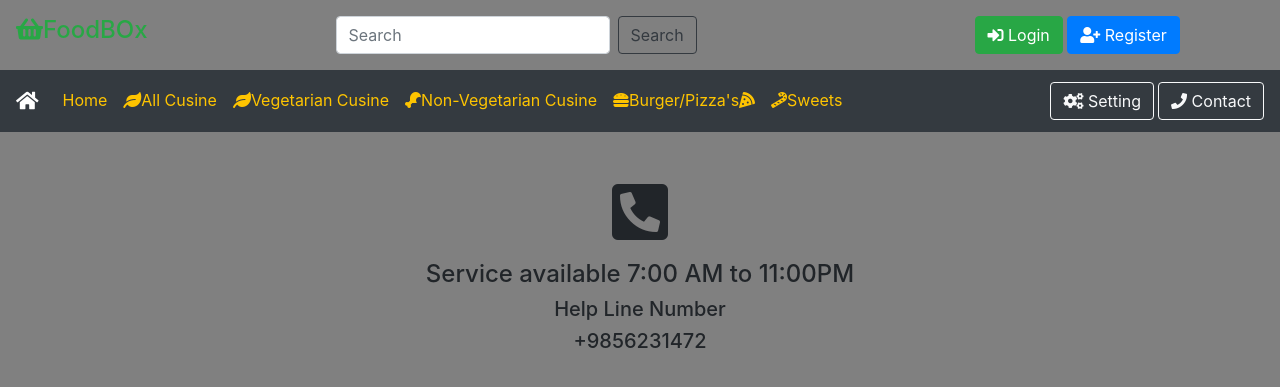
Repository: debjaniprofessional32/Capstone-Final-FoodBox-Delivery-Project
Page: http://localhost/OnlinFoodBOX/helpcenter.jsp
An editor plug-in stored every save of this project. The page is shown before and after the next save, followed by the edit.
The browser window is 1280 px wide. The pictures show the whole page.
Some web libraries are served in a nearby version. The page is served by Tomcat 9. Other server files are loaded and not shown.

Above is the page before, as saved 2022-12-23 13:02:06.

### OnlinFoodBOX/src/main/webapp/helpcenter.jsp
<%@ page language="java" contentType="text/html; charset=ISO-8859-1"  pageEncoding="ISO-8859-1"%>
<!DOCTYPE html>
<html>
<head>
<meta charset="ISO-8859-1">
<title>Help center</title>
<%@include file="all_Component/allCss.jsp"%>
<link rel="stylesheet" href="all_Component/style.css">
</head>
<body>
<%@include file="all_Component/navbar.jsp"%>
<div class=" justify-content-center p-5">
<center><i class=" fas fa-phone-square-alt fa-4x  "></i></center>
<p>
<h4 class="text-center" >Service available 7:00 AM to 11:00PM</h4>
<h5 class="text-center">Help Line Number</h5>
<h5 class="text-center">+9856231472</h5>
</p>

</body>
</html>

### OnlinFoodBOX/src/main/webapp/all_Component/allCss.jsp
<link rel="stylesheet"
	href="https://cdn.jsdelivr.net/npm/bootstrap@4.0.0/dist/css/bootstrap.min.css"
	integrity="sha384-Gn5384xqQ1aoWXA+058RXPxPg6fy4IWvTNh0E263XmFcJlSAwiGgFAW/dAiS6JXm"
	crossorigin="anonymous">
<script src="https://code.jquery.com/jquery-3.2.1.slim.min.js"
	integrity="sha384-KJ3o2DKtIkvYIK3UENzmM7KCkRr/rE9/Qpg6aAZGJwFDMVNA/GpGFF93hXpG5KkN"
	crossorigin="anonymous"></script>
<script
	src="https://cdn.jsdelivr.net/npm/popper.js@1.12.9/dist/umd/popper.min.js"
	integrity="sha384-ApNbgh9B+Y1QKtv3Rn7W3mgPxhU9K/ScQsAP7hUibX39j7fakFPskvXusvfa0b4Q"
	crossorigin="anonymous"></script>
<script
	src="https://cdn.jsdelivr.net/npm/bootstrap@4.0.0/dist/js/bootstrap.min.js"
	integrity="sha384-JZR6Spejh4U02d8jOt6vLEHfe/JQGiRRSQQxSfFWpi1MquVdAyjUar5+76PVCmYl"
	crossorigin="anonymous"></script>
<link rel="stylesheet"
	href="https://cdnjs.cloudflare.com/ajax/libs/font-awesome/5.15.3/css/all.min.css"
	integrity="sha512-iBBXm8fW90+nuLcSKlbmrPcLa0OT92xO1BIsZ+ywDWZCvqsWgccV3gFoRBv0z+8dLJgyAHIhR35VZc2oM/gI1w=="
	crossorigin="anonymous" referrerpolicy="no-referrer" />

### OnlinFoodBOX/src/main/webapp/all_Component/navbar.jsp
 <%@ taglib prefix="c" uri="http://java.sun.com/jsp/jstl/core" %>
 <%@ page isELIgnored = "false" %>
 <style type="text/css">
 .navbar {
     background: #000000
 }

 .nav-item::after {
     content: '';
     display: block;
     width: 0px;
     height: 2px;
     background: #fec400;
     transition: 0.4s
 }

 .nav-item:hover::after {
     width: 100%
 }

 .navbar-dark .navbar-nav .active>.nav-link,
 .navbar-dark .navbar-nav .nav-link.active,
 .navbar-dark .navbar-nav .nav-link.show,
 .navbar-dark .navbar-nav .show>.nav-link,
 .navbar-dark .navbar-nav .nav-link:focus,
 .navbar-dark .navbar-nav .nav-link:hover {
     color: #fec400
 }

 .nav-link {
     padding: 10px 5px;
     transition: 0.2s
 }

 body{
     background-color:grey;
 }
</style>
<div class="container-fluid p-3">
	<div class="row">

		<div class="col-md-3 text-success">

<h4><i class='fa fa-shopping-basket'></i>FoodBOx</h4>
		</div>

		<div class="col-md-6">
			<form class="form-inline my-2 my-lg-0">
				<input class="form-control mr-sm-2" type="search"
					placeholder="Search" aria-label="Search">
				<button class="btn btn-outline-dark my-2 my-sm-0" type="submit">Search</button>
			</form>
		</div>
		<c:if test="${not empty userobj}">
		<div class="col-md-3">
		    <a href="checkout.jsp" class="mt-6"><i class='fas fa-cart-plus fa-2x '></i></a>
			<a href="login.jsp" class="btn btn-success"><i class='fas fa-user-plus'></i>&nbsp;${userobj.name}</a>
			<a href="logout" class="btn btn-primary "><i class='fas fa-sign-in-alt'></i>&nbsp;Logout</a>
		</div>

		</c:if>
		<c:if test="${empty userobj}">
		<div class="col-md-3">
			<a href="login.jsp" class="btn btn-success"><i class='fas fa-sign-in-alt'></i>&nbsp;Login</a>
			<a href="rejister.jsp" class="btn btn-primary "><i class='fas fa-user-plus'></i>&nbsp;Register</a>
		</div>

		</c:if>

	</div>



</div>


<nav class="navbar navbar-expand-lg navbar-dark bg-dark">
  <a class="navbar-brand " href="#"><i class="fas fa-home"></i></a>
  <button class="navbar-toggler" type="button" data-toggle="collapse" data-target="#navbarSupportedContent" aria-controls="navbarSupportedContent" aria-expanded="false" aria-label="Toggle navigation">
    <span class="navbar-toggler-icon"></span>
  </button>

  <div class="collapse navbar-collapse" id="navbarSupportedContent">
    <ul class="navbar-nav mr-auto">
      <li class="nav-item active "><a class="nav-link " href="index.jsp">Home <span class="sr-only">(current)</span></a></li>
      <li class="nav-item active"><a class="nav-link" href="all_veg.jsp"><i class="fa fa-leaf"></i>All Cusine</a></li>
      <li class="nav-item active"><a class="nav-link" href="all_veg1.jsp"><i class="fa fa-leaf"></i>Vegetarian Cusine</a></li>
      <li class="nav-item active"><a class="nav-link " href="all_nonveg.jsp"><i class='fas fa-drumstick-bite'></i>Non-Vegetarian Cusine</a></li>
      <li class="nav-item active"><a class="nav-link " href="all_Bpizza.jsp"><i class='fas fa-hamburger'></i>Burger/Pizza's<i class='fas fa-pizza-slice'></i></a></li>
      <li class="nav-item active"><a class="nav-link " href="all_sweet.jsp"><i class='fas fa-candy-cane'></i>Sweets</a></li>
    </ul>
    <form class="form-inline my-2 my-lg-0">
     <a class="btn btn-outline-light my-2 my-sm-0" href="setting.jsp" class="outline-light"><i class='fa fa-cogs '></i>&nbsp;Setting</a>
      <button class="btn btn-outline-light my-2 my-sm-0 ml-1" type="submit"><i class='fa fa-phone'></i>&nbsp;Contact</button>
    </form>
  </div>
</nav>

### OnlinFoodBOX/src/main/webapp/all_Component/style.css
 .navbar-nav active .nav-link:hover {

    background-color:#b2ff59;
    text-color:#000000;
    border-radius:10px;
}
.navbar-item:hover {


    text-color:#000000;

}

.carousel {
  width:auto;
  height:400px;
}

After the next save:
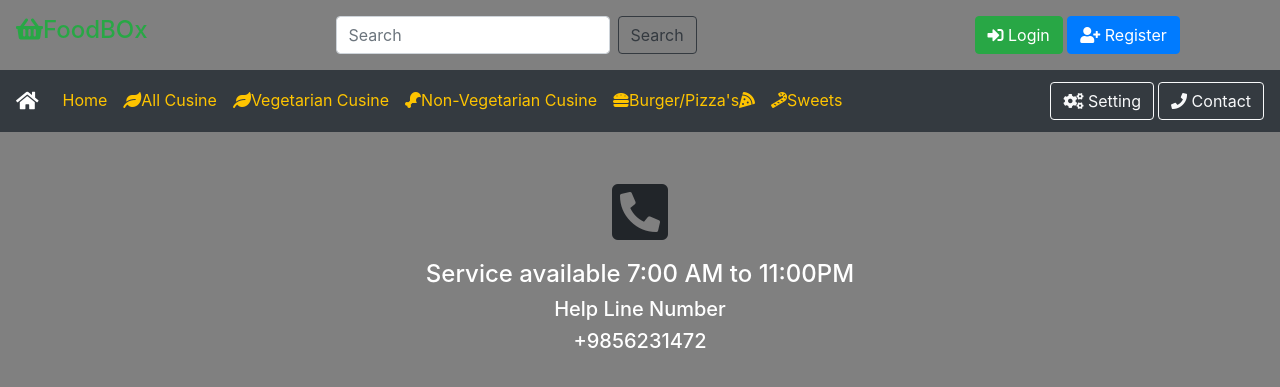
Saved 31 s later.
--- a/OnlinFoodBOX/src/main/webapp/helpcenter.jsp
+++ b/OnlinFoodBOX/src/main/webapp/helpcenter.jsp
@@ -12,9 +12,9 @@
 <div class=" justify-content-center p-5">
 <center><i class=" fas fa-phone-square-alt fa-4x  "></i></center>
 <p>
-<h4 class="text-center" >Service available 7:00 AM to 11:00PM</h4>
-<h5 class="text-center">Help Line Number</h5>
-<h5 class="text-center">+9856231472</h5>
+<h4 class="text-center text-white" >Service available 7:00 AM to 11:00PM</h4>
+<h5 class="text-center text-white">Help Line Number</h5>
+<h5 class="text-center text-white">+9856231472</h5>
 </p>
 
 </body>
